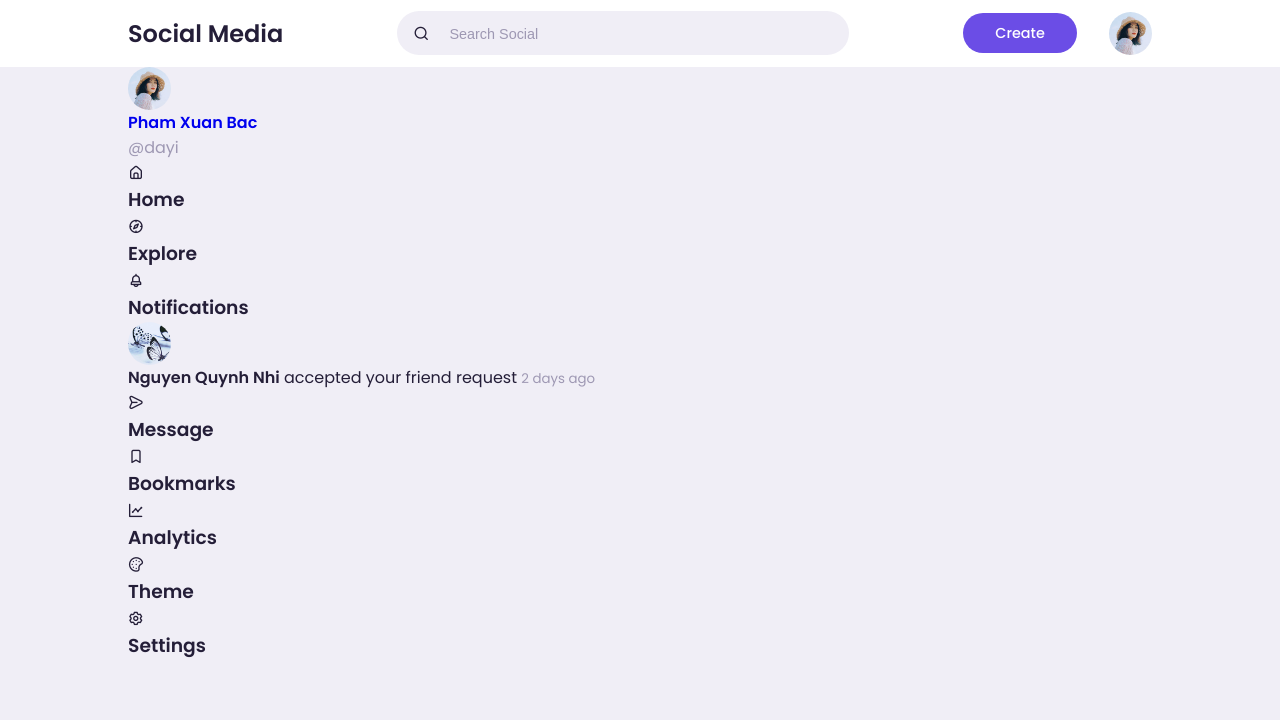
Repository: northpx/socialMedia
Page: index.html
An editor plug-in stored every save of this project. The page is shown before and after a run of saves, followed by the edit.
The browser window is 1280 px wide. The pictures show the whole page.

Above is the page before, as saved 2023-03-07 17:07:16.

After the next 4 saves:
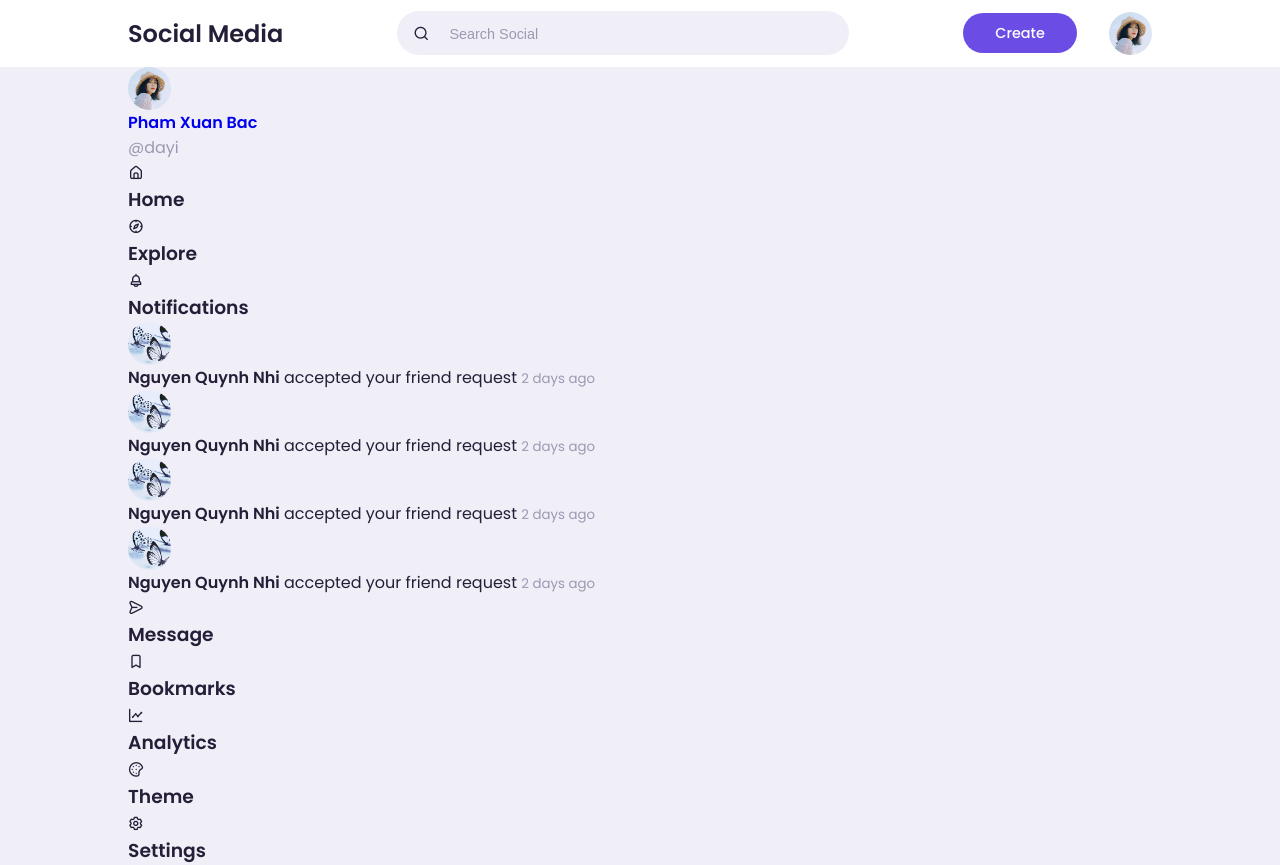
The 4 saves are shown as one change because they came seconds apart.
The last was saved 20 s later.
--- a/index.html
+++ b/index.html
@@ -63,6 +63,33 @@
                                     <small class="text-muted">2 days ago</small>
                                 </div>
                             </div>
+                            <div>
+                                <div class="profile-picture">
+                                    <img src="./images/profile-2.jpg" alt="">
+                                </div>
+                                <div class="notification-body">
+                                    <b>Nguyen Quynh Nhi</b> accepted your friend request
+                                    <small class="text-muted">2 days ago</small>
+                                </div>
+                            </div>
+                            <div>
+                                <div class="profile-picture">
+                                    <img src="./images/profile-2.jpg" alt="">
+                                </div>
+                                <div class="notification-body">
+                                    <b>Nguyen Quynh Nhi</b> accepted your friend request
+                                    <small class="text-muted">2 days ago</small>
+                                </div>
+                            </div>
+                            <div>
+                                <div class="profile-picture">
+                                    <img src="./images/profile-2.jpg" alt="">
+                                </div>
+                                <div class="notification-body">
+                                    <b>Nguyen Quynh Nhi</b> accepted your friend request
+                                    <small class="text-muted">2 days ago</small>
+                                </div>
+                            </div>
                         </div>
                     </a>
                     <a class="menu-item">
